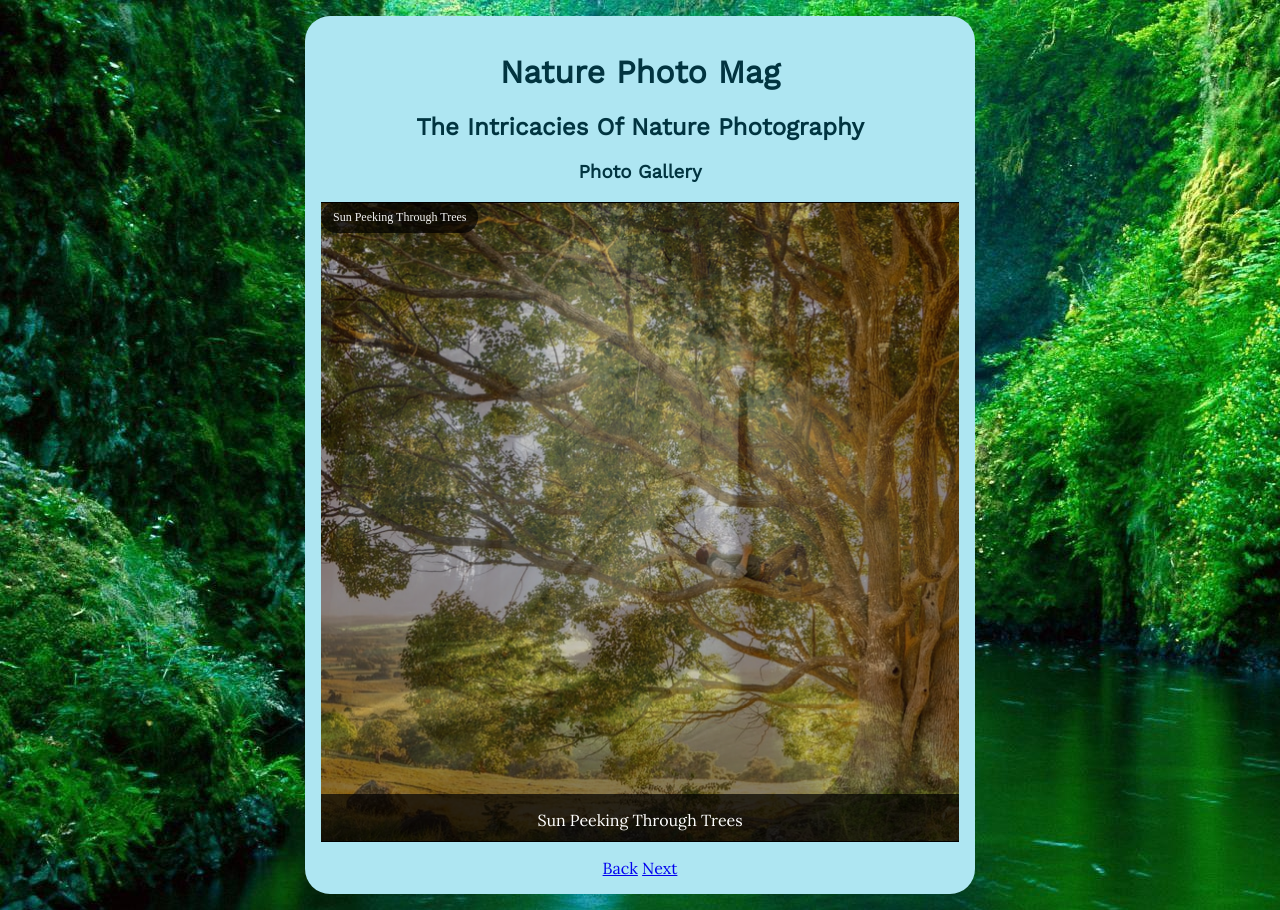
Repository: alexmaddux99/Image-Gallery
Page: index.html
These files come from the project's save history. The page is drawn as it stood at one moment and after the next save; the edit follows.
The browser window is 1280 px wide. The pictures show the whole page.
Backgrounds fixed to the window are drawn as part of the page.

Above is the page before, as saved 2022-03-10 12:04:15.

### index.html
<!DOCTYPE html>
<html lang="en">
<head>
  <meta charset="UTF-8">
  <meta http-equiv="X-UA-Compatible" content="IE=edge">
  <meta name="viewport" content="width=device-width, initial-scale=1.0">
  <title>Nature Photo Mag - The Intricacies Of Nature Photography - Photo Gallery</title>
  <link rel="stylesheet" href="css/main.css">
  <script  src="js/main.js" defer></script>

</head>
<body>

<div class="content">
<h1>Nature Photo Mag</h1>
<h2>The Intricacies Of Nature Photography</h2>
<section>
  <h3>Photo Gallery</h3>

  <figure class="frame">
    <img class="slide current" src="images/1.jpg" alt="Man Sleeping In Tree" .numb="1/10">
    <img class="slide" src="images/2.jpg" alt="Sun Peeking Through Trees" .numb="2/10">
    <img class="slide" src="images/3.jpg" alt="Couple Looking At Mountain Overlooking Lake">
    <img class="slide" src="images/4.jpg" alt="Northern Lights">
    <img class="slide" src="images/5.jpg" alt="Storm On The Coast">
    <img class="slide" src="images/6.jpg" alt="Mountain Overlooking house">
    <img class="slide" src="images/7.jpg" alt="Aerial Shot of Antartic Landscape">
    <img class="slide" src="images/8.jpg" alt="Close Up Of Crystal">
    <img class="slide" src="images/9.jpg" alt="Aerial Shot Of Remote Landscape">
    <img class="slide" src="images/10.jpg" alt="Aerial Shot Overlooking Ice Berg">




    <figcaption class="caption"></figcaption>

    <div class="numb"></div>
  </figure>

  <div class="controls">
    <a href="#" class="back-btn">Back</a>
    <a href="#" class="next-btn">Next</a>
  </div>

</section>
</div>

</body>
</html>

### css/main.css
@import url('https://fonts.googleapis.com/css2?family=Lora&family=Work+Sans&display=swap');

* {
  box-sizing:border-box;
}



body {
  color: #013440;
  text-align:center;
  background-image: url(../images/background.jpg);
  background-attachment: fixed;
}

h1, h2, h3{

  font-family: 'Work Sans', sans-serif;

}

section {
  min-height: max-content;
  width: 100%;
  margin: auto;
}

.frame {
  background-color: black;
  position:relative;
  max-width:640px;
  width: 100%;
  height:640px;
  margin: 1rem auto;

}

.slide {
  object-fit: contain;
  width: 100%;
  height: 100%;
  display:block;
  margin-bottom: 2rem;
}


.hide {
  opacity: 0;
  transition: opacity .5s ease-out;
}


.current {
  transition: opacity .5s ease-out;
}


.abs-pos {
  position: absolute;
}

.caption {
  font-family: 'Lora', serif;
  position: absolute;
  z-index: 3;
  color: #fff;
  background: rgba(0, 0, 0, .7);
  bottom: 0;
  width: 100%;
  height: 1rem;
  padding: 1rem 1rem 2rem 1rem;
}

.controls {
  font-family: 'Lora', serif;
  display: none;
}

.content{
  margin: 1rem;
  padding: 1rem;
  background-color: #AEE6F2;
  border-radius: 25px;
}

.numb{
  padding: 1rem;
  border-radius: 25px;
  background: rgba(0, 0, 0, .7);
  color: #f2f2f2;
  font-size: 12px;
  padding: 8px 12px;
  position: absolute;
  top: 0;
}

@media only screen and (min-width: 768px) {
  .content{
      margin-left: auto;
      margin-right: auto;
      align-content: center;
      max-width: 670px;
  }
  }

### js/main.js
document.addEventListener('DOMContentLoaded', init);
var myInterval = "";

function init() {
  //create shortcut vars
  const back_btn = document.querySelector(".back-btn");
  const next_btn = document.querySelector(".next-btn");
  const frame = document.querySelector(".frame");
  const slides = frame.querySelectorAll("img");
  const caption = document.querySelector(".caption");
  const controls = document.querySelector(".controls");


  //with JS active, hide all images
  slides.forEach((slide) => {
    slide.classList.add("hide", "abs-pos");
  });

  // show the first slide
  slides[0].classList.remove("hide");

  //make the controls work
   next_btn.addEventListener("click",changeSlide);
   back_btn.addEventListener("click", changeSlide);

   // set the caption dynamically
   caption.innerHTML = frame.firstElementChild.alt;

   //show the controls
   controls.style.display = "block";

   myInterval = setInterval(changeSlide, 5000);
}



function changeSlide(e) {

    // stop link from trying to reload page
    if(e) {
      e.preventDefault();
      clearInterval(myInterval);
    }

    //shortcut vars
    const frame = document.querySelector(".frame");
    const slides = frame.querySelectorAll("img");
    const caption = document.querySelector(".caption");
    const numb = document.querySelector(".numb")
    let showing = document.querySelector(".current");
    let nextUp = "";

    if(!e || e.target.className == 'next-btn') {
      nextUp = showing.nextElementSibling;
    }else{
      nextUp = showing.previousElementSibling;
    }


    // deactivate current image
    showing.classList.toggle("hide");
    showing.classList.toggle("current");

    //make sure next image is there
    if (!nextUp) {
      nextUp = slides[slides.length - 1];
    }

    if (nextUp.nodeName !== "IMG") {
      nextUp = slides[0];
    }

    // activate next image
    nextUp.classList.toggle("hide");
    nextUp.classList.toggle("current");

    //change caption text
    caption.innerHTML = nextUp.alt;

    numb.innerHTML = nextUp.alt;
  }

After the next save:
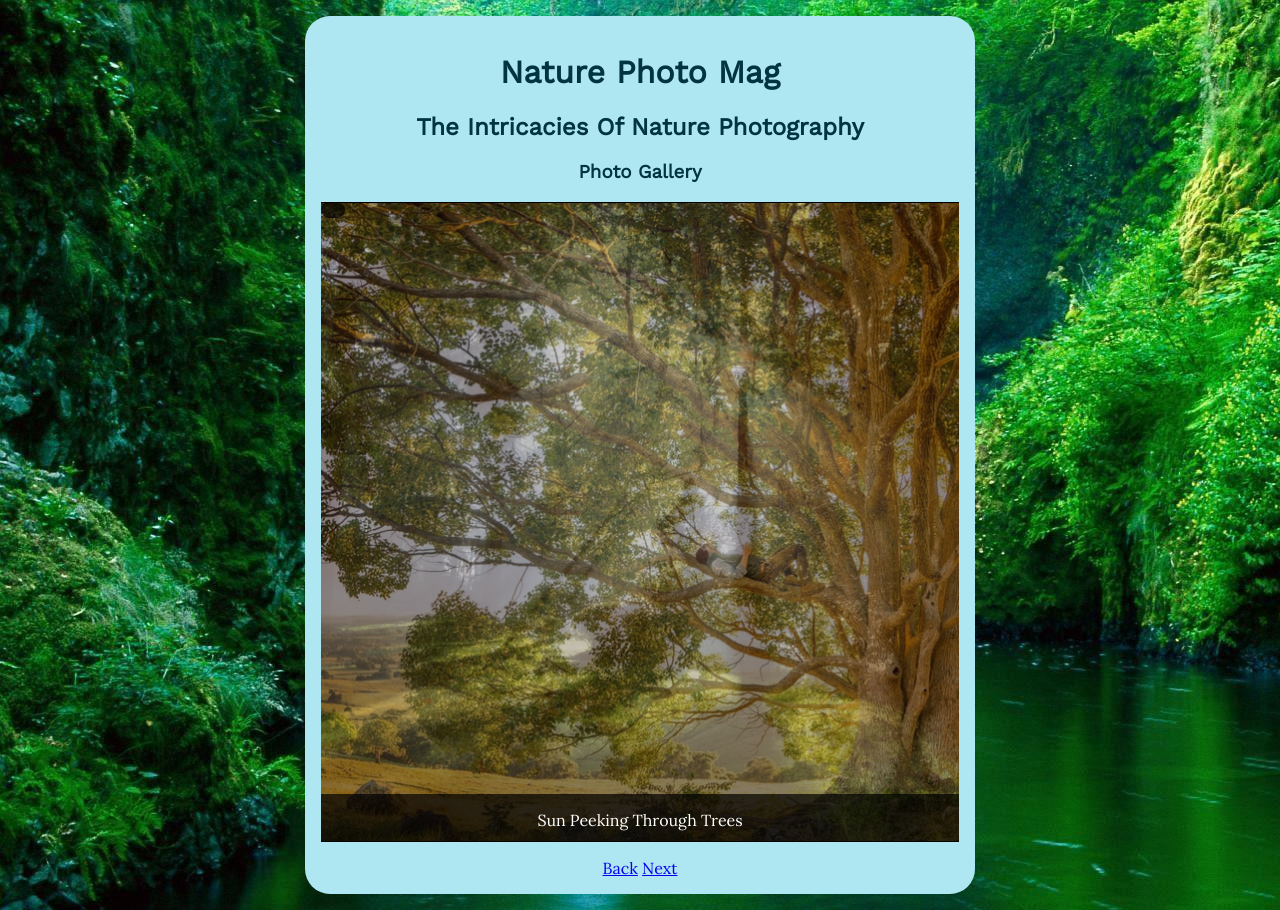
Saved 50 s later.
--- a/js/main.js
+++ b/js/main.js
@@ -77,5 +77,5 @@ function changeSlide(e) {
     //change caption text
     caption.innerHTML = nextUp.alt;
 
-    numb.innerHTML = nextUp.alt;
+
   }
